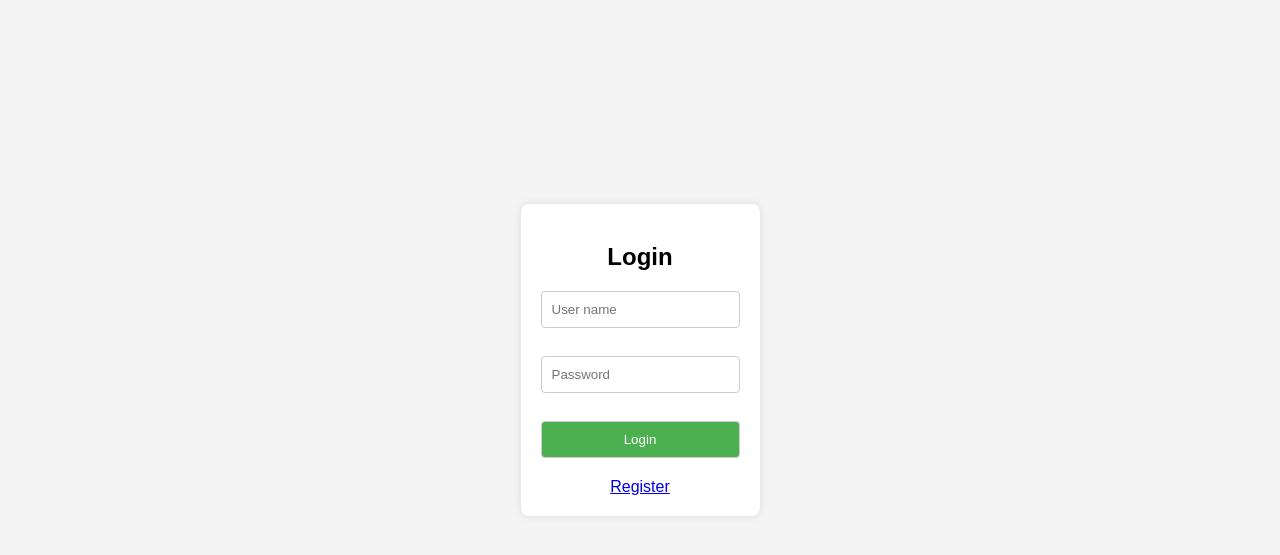
Repository: emsnguyen/tomcat-docker-public
Page: http://localhost/login/
These files come from the project's save history. The page is drawn as it stood at one moment and after the next save; the edit follows.
The browser window is 1280 px wide. The pictures show the whole page.
The page is served by Tomcat 9. Nobody is signed in. The application's start-up code is not run.

Above is the page before, as saved 2024-03-06 01:40:39.

After the next save:
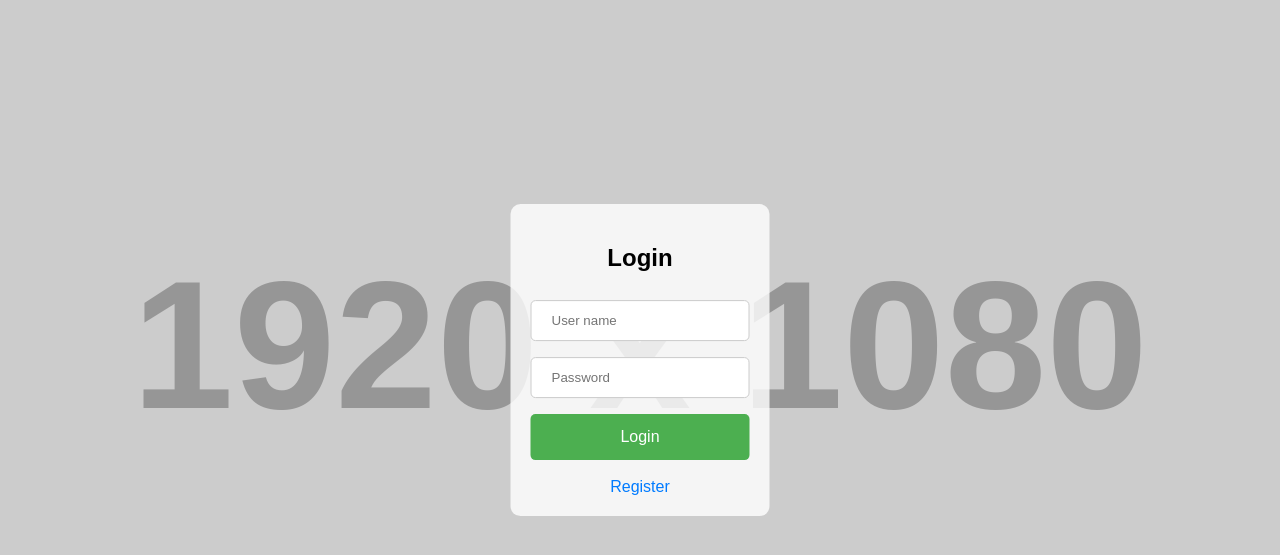
Saved 83 min 19 s later.
--- a/login/src/main/webapp/index.jsp
+++ b/login/src/main/webapp/index.jsp
@@ -6,19 +6,78 @@
     <meta charset="UTF-8">
     <meta name="viewport" content="width=device-width, initial-scale=1.0">
     <title>Login Page</title>
-	<link rel="stylesheet" type="text/css" href="./css/style.css">
+    <link rel="stylesheet" type="text/css" href="https://cdnjs.cloudflare.com/ajax/libs/font-awesome/5.15.4/css/all.min.css">
+    <style>
+        body, html {
+            height: 100%;
+            margin: 0;
+            font-family: Arial, sans-serif;
+        }
+        .bg-image {
+            background-image: url('https://via.placeholder.com/1920x1080');
+            height: 100%;
+            background-position: center;
+            background-repeat: no-repeat;
+            background-size: cover;
+        }
+        .container {
+            position: absolute;
+            top: 50%;
+            left: 50%;
+            transform: translate(-50%, -50%);
+            text-align: center;
+            background-color: rgba(255, 255, 255, 0.8);
+            padding: 20px;
+            border-radius: 10px;
+        }
+        input[type=text], input[type=password] {
+            width: 100%;
+            padding: 12px 20px;
+            margin: 8px 0;
+            display: inline-block;
+            border: 1px solid #ccc;
+            box-sizing: border-box;
+            border-radius: 5px;
+        }
+        input[type=submit] {
+            background-color: #4CAF50;
+            color: white;
+            padding: 14px 20px;
+            margin: 8px 0;
+            border: none;
+            border-radius: 5px;
+            cursor: pointer;
+            width: 100%;
+            font-size: 16px;
+        }
+        input[type=submit]:hover {
+            background-color: #45a049;
+        }
+        .register-link {
+            margin-top: 10px;
+            color: #666;
+        }
+        .register-link a {
+            color: #007bff;
+            text-decoration: none;
+        }
+    </style>
 </head>
 <body>
-    <div class="container">
-        <h2>Login</h2>
-        <form action="login" method="post">
-            <input type="text" name="username" placeholder="User name" required><br>
-            <input type="password" name="password" placeholder="Password" required><br>
-            <input type="submit" value="Login">
-        </form>
-        <div class="register-link">
-            <a href="register.jsp">Register</a>
-        </div>
+
+<div class="bg-image"></div>
+
+<div class="container">
+    <h2>Login</h2>
+    <form action="login" method="post">
+        <input type="text" name="username" placeholder="User name" required><br>
+        <input type="password" name="password" placeholder="Password" required><br>
+        <input type="submit" value="Login">
+    </form>
+    <div class="register-link">
+        <a href="register.jsp">Register</a>
     </div>
+</div>
+
 </body>
 </html>

After the save that followed:
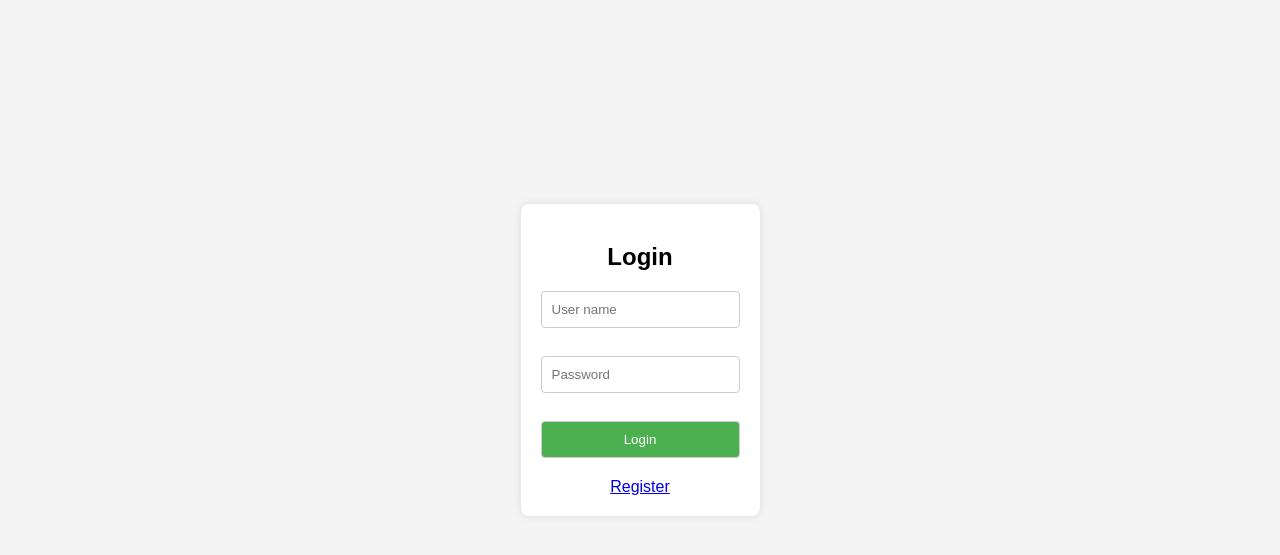
Saved 59 s later.
--- a/login/src/main/webapp/index.jsp
+++ b/login/src/main/webapp/index.jsp
@@ -6,78 +6,19 @@
     <meta charset="UTF-8">
     <meta name="viewport" content="width=device-width, initial-scale=1.0">
     <title>Login Page</title>
-    <link rel="stylesheet" type="text/css" href="https://cdnjs.cloudflare.com/ajax/libs/font-awesome/5.15.4/css/all.min.css">
-    <style>
-        body, html {
-            height: 100%;
-            margin: 0;
-            font-family: Arial, sans-serif;
-        }
-        .bg-image {
-            background-image: url('https://via.placeholder.com/1920x1080');
-            height: 100%;
-            background-position: center;
-            background-repeat: no-repeat;
-            background-size: cover;
-        }
-        .container {
-            position: absolute;
-            top: 50%;
-            left: 50%;
-            transform: translate(-50%, -50%);
-            text-align: center;
-            background-color: rgba(255, 255, 255, 0.8);
-            padding: 20px;
-            border-radius: 10px;
-        }
-        input[type=text], input[type=password] {
-            width: 100%;
-            padding: 12px 20px;
-            margin: 8px 0;
-            display: inline-block;
-            border: 1px solid #ccc;
-            box-sizing: border-box;
-            border-radius: 5px;
-        }
-        input[type=submit] {
-            background-color: #4CAF50;
-            color: white;
-            padding: 14px 20px;
-            margin: 8px 0;
-            border: none;
-            border-radius: 5px;
-            cursor: pointer;
-            width: 100%;
-            font-size: 16px;
-        }
-        input[type=submit]:hover {
-            background-color: #45a049;
-        }
-        .register-link {
-            margin-top: 10px;
-            color: #666;
-        }
-        .register-link a {
-            color: #007bff;
-            text-decoration: none;
-        }
-    </style>
+	<link rel="stylesheet" type="text/css" href="./css/style.css">
 </head>
 <body>
-
-<div class="bg-image"></div>
-
-<div class="container">
-    <h2>Login</h2>
-    <form action="login" method="post">
-        <input type="text" name="username" placeholder="User name" required><br>
-        <input type="password" name="password" placeholder="Password" required><br>
-        <input type="submit" value="Login">
-    </form>
-    <div class="register-link">
-        <a href="register.jsp">Register</a>
+    <div class="container">
+        <h2>Login</h2>
+        <form action="login" method="post">
+            <input type="text" name="username" placeholder="User name" required><br>
+            <input type="password" name="password" placeholder="Password" required><br>
+            <input type="submit" value="Login">
+        </form>
+        <div class="register-link">
+            <a href="register.jsp">Register</a>
+        </div>
     </div>
-</div>
-
 </body>
 </html>
